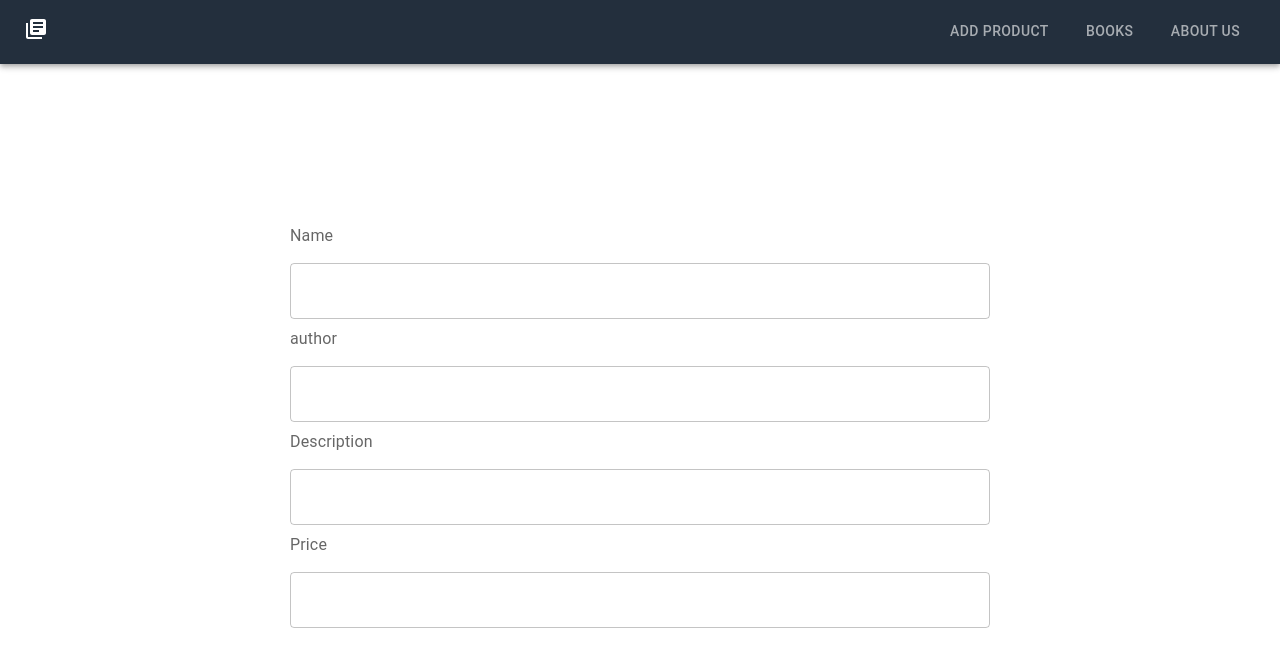
Repository: CydexCode/Book_Store_App-MERN-Stack
Page: /add (app in book-store/)
The author's editor kept a copy of each file at every save. The page is drawn from the files as they stood at one save, then again after the next save.
The browser window is 1280 px wide. The pictures show the whole page.
The project was rebuilt for these pictures with package versions that can differ from the ones it lists, and the page was loaded fresh each time. Also part of the build but not shown: book-store/src/components/Home.js, book-store/src/components/Book/Book.css, book-store/src/components/Book/Book.js, book-store/src/components/Book/Books.js, book-store/src/components/About.js.

Above is the page before, as saved 2022-09-08 13:29:18.

After the next save:
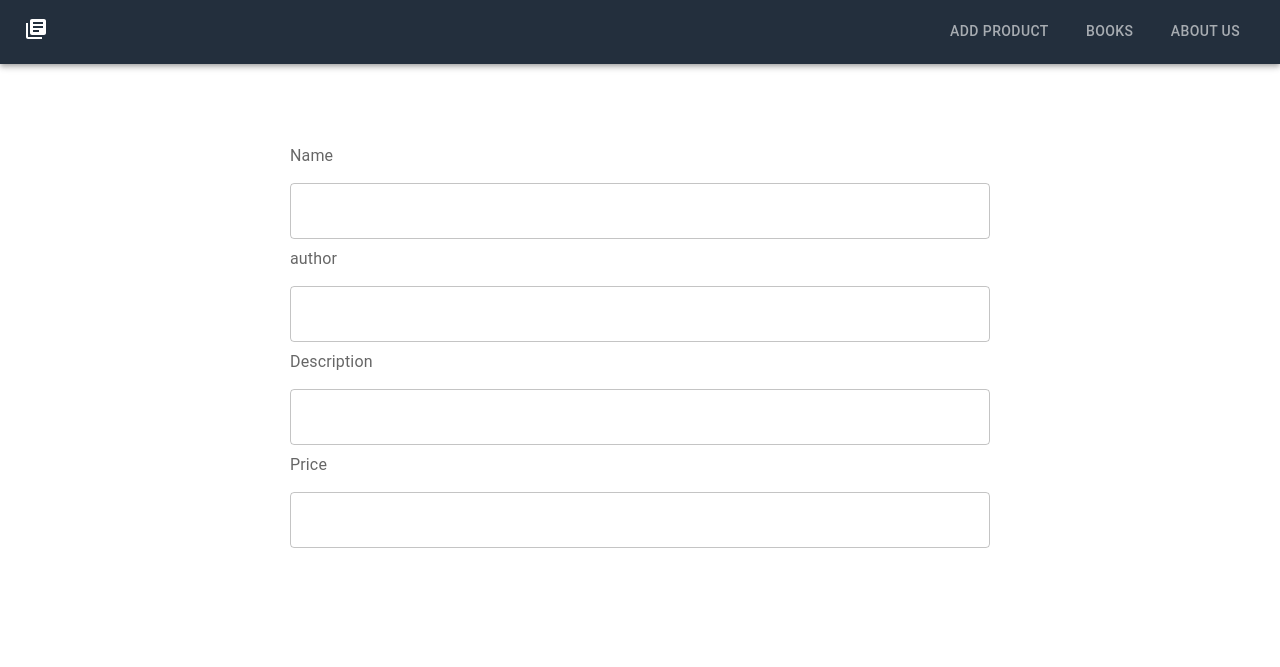
Saved 14 s later.
--- a/book-store/src/components/AddBook.js
+++ b/book-store/src/components/AddBook.js
@@ -5,7 +5,7 @@ import React from 'react';
 const AddBook = () => {
   return (
 <form>
-    <Box display='flex' flexDirection='column' justifyContent={'center'} maxWidth={700} alignContent={'center'} alignSelf='center' marginLeft={"auto"} marginRight='auto' marginTop={20}>
+    <Box display='flex' flexDirection='column' justifyContent={'center'} maxWidth={700} alignContent={'center'} alignSelf='center' marginLeft={"auto"} marginRight='auto' marginTop={10}>
     <FormLabel>Name</FormLabel>
 <TextField margin='normal' fullWidth variant='outlined' name='name'/>
 <FormLabel>author</FormLabel>
